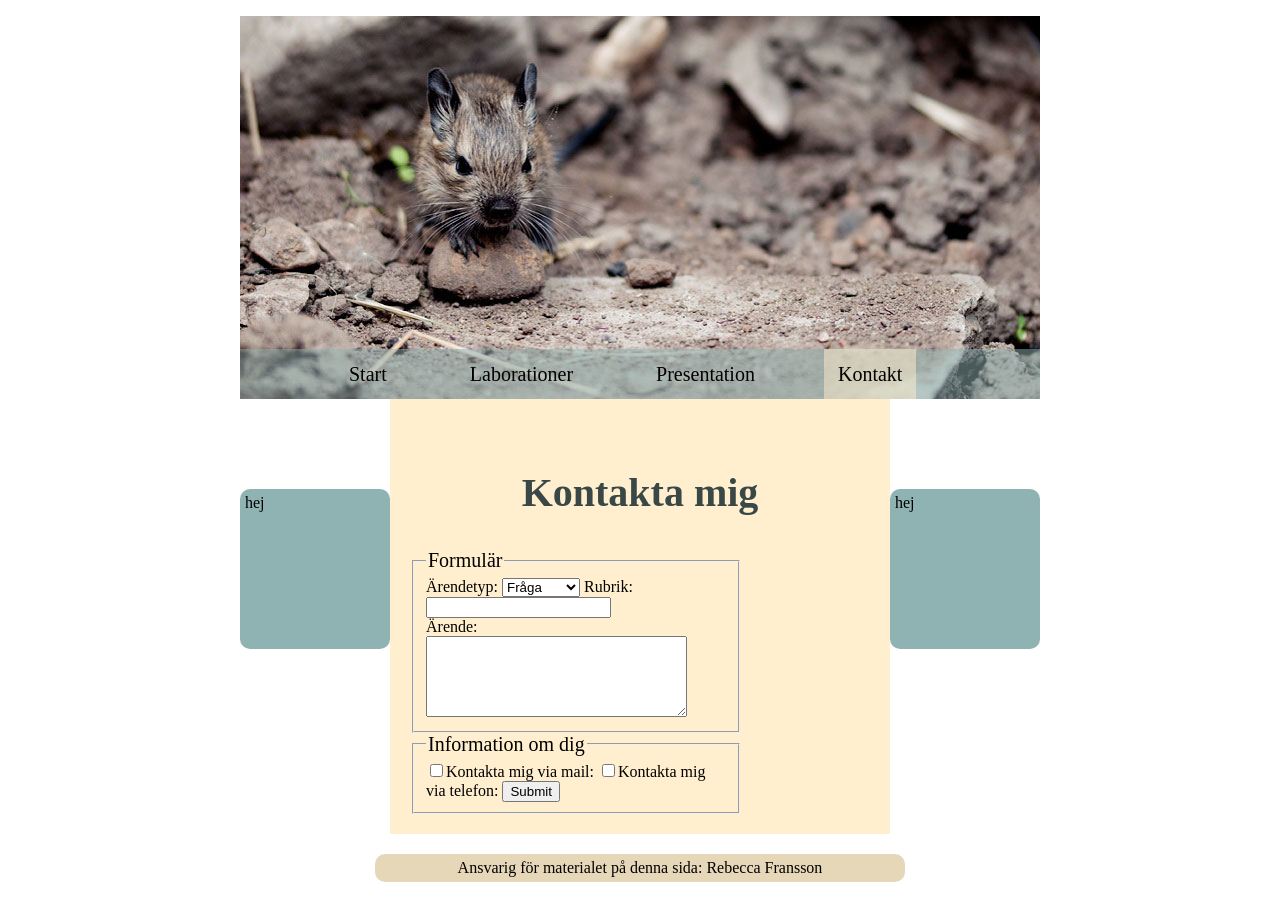
Repository: RebeccaFransson/Interfacedevelopment-1IK415
Page: pages/kontakt.html
The author's editor kept a record of every edit. The page is drawn from the files as they stood at one moment, then again after the next edit.
The browser window is 1280 px wide. The pictures show the whole page.

Above is the page before.

After the next edit:
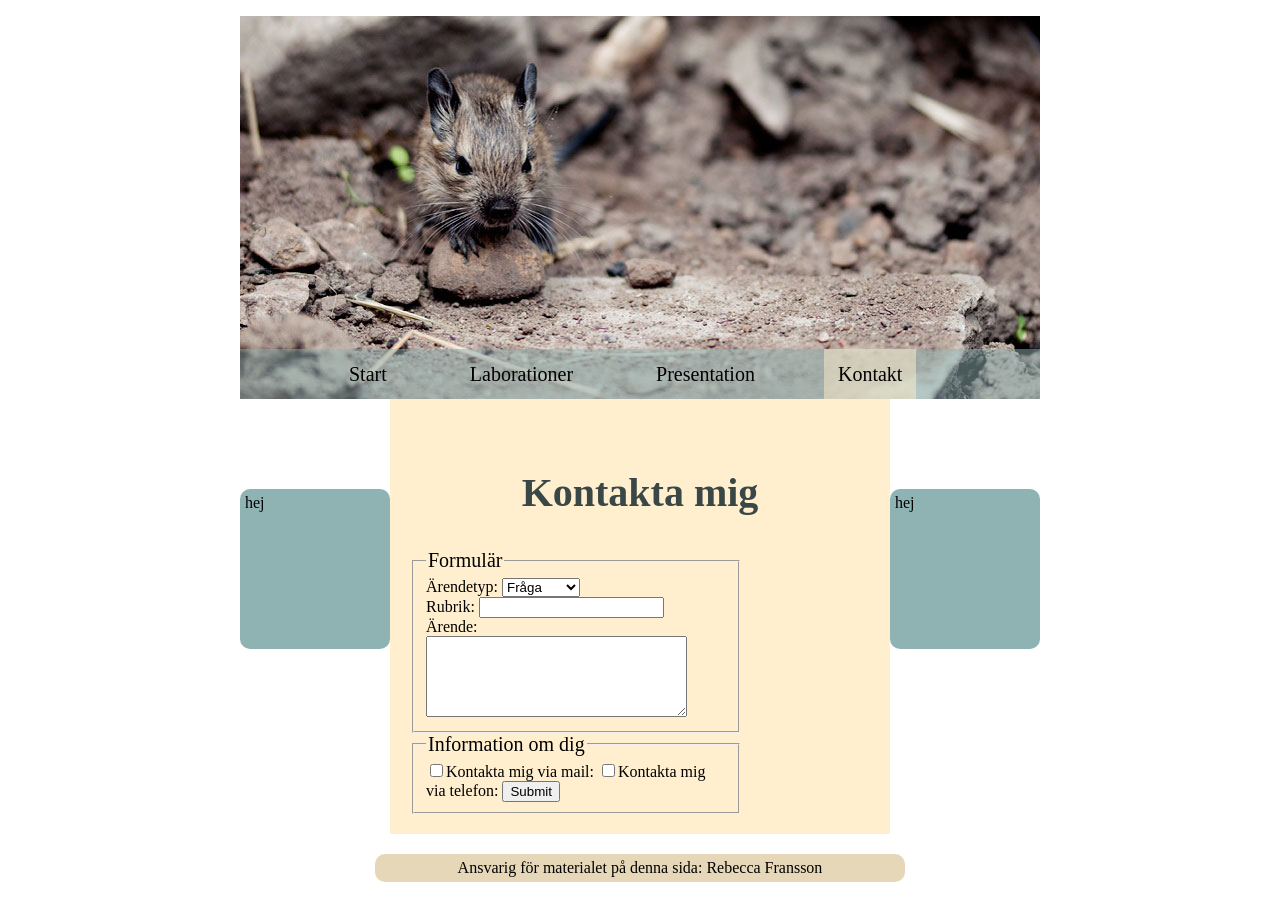
The edit:
--- a/pages/kontakt.html
+++ b/pages/kontakt.html
@@ -43,7 +43,10 @@
           <option value="Klagomål">Klagomål</option>
          </select>
 
-         Rubrik: <input type="text" name="Rubrik"><br>
+         <div class="form">
+            Rubrik: <input type="text" name="Rubrik">
+
+         <div class="form">
          Ärende: <textarea rows="5" cols="30"> </textarea>
         </fieldset>
 
